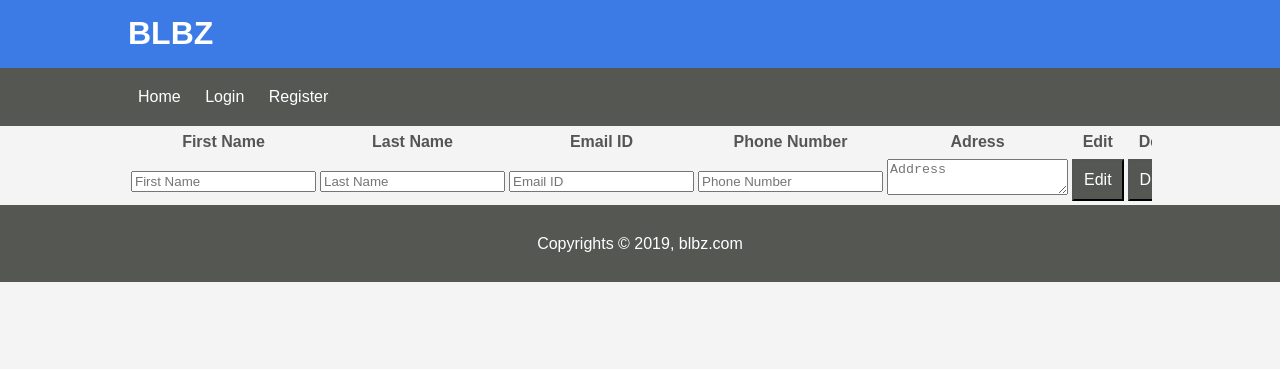
Repository: Kutty39/WebApps
Page: http://localhost/WebPageApp1/editpage.jsp
The author's editor kept a copy of each file at every save. The page is drawn from the files as they stood at one save, then again after the next save.
The browser window is 1280 px wide. The pictures show the whole page.
The page is served by Tomcat 9. Other server files are loaded and not shown.

Above is the page before, as saved 2019-12-09 13:33:50.

### LoginRegistrationPage/WebPageApp1/src/main/webapp/editpage.jsp
<%@ page language="java" contentType="text/html; charset=UTF-8"
pageEncoding="UTF-8"%>
<!DOCTYPE html>
<html>
<head>
<title>My Page</title>
<link href="CSS/mycss.css" rel="stylesheet" type="text/css">
<script
	src="https://ajax.googleapis.com/ajax/libs/jquery/3.4.1/jquery.min.js"></script>
<script src="JS/myjs.js"></script>
</head>
<body>
	<header class="head">
		<div class="container">
			<h1>BLBZ</h1>
		</div>
	</header>
	<nav class="nav-bar">
		<div class="container">
			<ul>
				<li><a class="button home">Home</a></li>
				<li><a class="button login">Login</a></li>
				<li><a class="button register">Register</a></li>
				<li><a class="button data" hidden>Date Tab</a></li>
				<li><a class="button userprof" hidden>User Profile</a></li>
				<li><a class="button logout" hidden>Log Out</a></li>
			</ul>
		</div>
	</nav>
	<section class="main">
		<div id="ajx" class="container">
			<table class="credtbl">
				<tr>
					<th>First Name</th>
					<th>Last Name</th>
					<th>Email ID</th>
					<th>Phone Number</th>
					<th>Adress</th>
					<th>Edit</th>
					<th>Delete</th>
				</tr>
				<tr>
					<td><input class="tr-1 td-1" type="text" name="fname"
						placeholder="First Name" required="required"></td>
					<td><input class="tr-1 td-2" type="text" name="lname"
						required="required" placeholder="Last Name"></td>
					<td>
						<p class="hd-lbl eid" hidden>*Mandatory field</p> <input
						class="tr-1 td-3" type="text" id="eid" name="eid"
						required="required" placeholder="Email ID">
					</td>
					<td>
						<p class="hd-lbl phn" hidden>*Mandatory field</p> <input
						class="tr-1 td-4" type="text" name="phn" required="required"
						placeholder="Phone Number">
					</td>
					<td><textarea class="tr-1 td-5" name="adrs"
							required="required" placeholder="Address"></textarea></td>
					<td><input class="tr-1 td-6 button" type="submit" value="Edit"></td>
					<td><input class="button tr-1 td-7" type="submit"
						value="Delete"></td>
				</tr>
			</table>
		</div>
	</section>
	<footer>
		<div class="container">Copyrights &copy; 2019, blbz.com</div>
	</footer>
</body>
</html>

### LoginRegistrationPage/WebPageApp1/src/main/webapp/CSS/mycss.css
@charset "UTF-8";
*{
	box-sizing: border-box;}
body {
	background-color: #f4f4f4;
	color: #555;
	font-family: Arial, Helvetica, sans-serif;
	font-size: 16px;
	line-height: 1.6em;
	margin: 0;
	background-color: #f4f4f4;
}

p.hd-lbl {
	padding: 0;
	margin: 0;
	width: 100%;
	font-family: monospace;
	line-height: 1rem;
}

.hd-lbl {
	color: red;
	font-size: 0.7rem;
}

.container {
	width: 80%;
	margin: auto;
	overflow: hidden;
}

.form-header {
	text-align: center;
	width: 100%;
	margin: auto;
	margin-bottom: 1em;
	padding: 1px;
	background-color: #f57900;
}

.form-container, .out-container {
	width: 50%;
	background-color: white;
	margin: auto;
	overflow: hidden;
	border: 1rem #ccc solid;
	padding: 2em;
}

.button {
	background-color: #555753;
	padding: 10px;
	color: white;
	font-size: 1em;
}

.my-form input[type="text"], .my-form textarea, .my-form input[type="password"]
	{
	width: 100%;
	padding: 0.5rem;
	margin-bottom: 0.5rem;
	font-size: 1em;
	box-sizing: border-box
}

.head {
	background: #3c7be5;
}

.head h1 {
	color: white;
}

.nav-bar {
	background-color: #555753;
}

.nav-bar ul {
	padding-left: 0;
	list-style: none;
	text-decoration: none;
	list-style: none;
}

.nav-bar li {
	display: inline;
}

.nav-bar a {
	text-decoration: none;
}

.nav-bar a:hover {
	background: white;
	color: black;
}

footer {
	background-color: #555753;
	color: white;
	text-align: center;
	padding: 2%;
}

@media ( max-width : 600px) {
	nav, article {
		width: 100%;
		height: auto;
	}
}
/* body{
	font: bold 100% Arial,Helvetica,sans-serif;
}
.btn {
	border-radius: 15px;
	padding: 5px;
	background: aqua;
}

.btn:hover {
	background-color: buttonface;
}

.box-1 {
	text-align:center;
	border-radius: 5px;
	background-color: #f2f2f2;
	padding: 5%;
	margin: auto;
	width: 80%
}
.box-1 h2{
	text-transform: capitalize;
	letter-spacing: 0.1em;
} */

### LoginRegistrationPage/WebPageApp1/src/main/webapp/JS/myjs.js
$(document).ready(function() {
	// this will bind the method for currently available elements
	$("a.button").click(loadpage);
	// this on method will bind the methods to future elements
	$("#ajx").on("blur","input[type!='submit']",($(this), mandChecker));
	$("#ajx").on("keyup","input[type!='submit']",($(this), mandChecker));
	$("#ajx").on("blur","#eid",check);
	$("#ajx").on("blur","#usr",check);
	$("#ajx").on("submit","#regForm",function(e){
		var s=true;
			$("p.hd-lbl").each(function() {
				if (this.style.display === "block") {
					s=false;
				}
			});
			if(s){
			$.ajax({
				type : "POST",
				url : "regestration",
				data :$("#regForm").serialize(),
				success : function(msg) {
					$("#ajx").html(msg);
				},
				dataType : "html"
			});
			}
			e.preventDefault();
	});


	$("#ajx").on("submit","#lgnForm",function(e){
		var s=true;
		$("#errormsg").hide();
		$("#successmsg").hide();
			$("p.hd-lbl").each(function() {
				if (this.style.display === "block") {
					s=false;
				}
			});
			if(s){
				$.post("login",$("#lgnForm").serialize(),function(msg) {
					if(msg.search("Login")<0){
						lognaction();}
						$("#ajx").html(msg);
					});
				}
		e.preventDefault();
	});


	$("#ajx").on("submit","#profForm",function(e){
		let s = true;
		$("p.hd-lbl").each(function() {
			if (this.style.display === "block") {
				s=false;
				return;
			}
		});
		if(s){
			$.post("update",$("#profForm").serialize(),function(msg) {
				alert(msg);
			});
		}
		 e.preventDefault();
	});

});

function lognaction(){
	$("a.button").each(function(){
		if($(this).attr('class').indexOf("home")<=0){
		$(this).toggle();}
	});
}
function logconfirm(){
	$("a.button.login").hide()
	$("a.button.register").hide();
	$("a.button.userprof").show();
	$("a.button.logout").show();
}


function loadpage() {
	var cls = $(this).attr("class").replace("button ","");
	console.log(cls.replace("button ",""));
	$.ajax({
		type : "post",
		url : "switchpage",
		data : {"page" : cls},
		success : function(msg) {
			if(cls=="logout"){
				lognaction();
			}
			$("#ajx").html(msg);
		},
		dataType : "html"
	});
}

function check(){
	var obj=$(this);
	if(obj!=null){
	$.ajax({
		type : "post",
		url : "validate",
		data : {"email":obj.val()},
		success : function(msg) {
			if(msg==="true"){
				if(obj.attr("name")==="eid"){
				$(".hd-lbl.eid").text("*Email alread exists.");
				$(".hd-lbl.eid").show();
				}if(obj.attr("name")==="username"){
					$(".hd-lbl.username").hide();
				}
			}else{
				if(obj.attr("name")==="username"){
					$(".hd-lbl.username").text("*Email is not exists. please register and come back");
					$(".hd-lbl.username").show();
				}else if(obj.attr("name")==="eid"){
					$(".hd-lbl.eid").hide();
				}
			}
		}
	});
	}
}

function mandChecker(element) {
	var val = element.target.value;
	var name = element.target.name;
	var obj = $(".hd-lbl." + name);
	if (val === "") {
		obj.show();
	} else {
		obj.show();
		var regx = "";
		if (name === "phn") {
			regx = /^\d{10}$/;
			if (regx.test(val)) {
				obj.hide();
			} else {
				obj.text("* Phone number should be 10 digit");
			}
		} else if (name === "eid") {
			regx = /^[a-zA-z\d._-]+\@[a-zA-Z\d.-]+\.[a-zA-Z]{2,4}$/;
			if (regx.test(val)) {
				obj.hide();
			} else {
				obj.text("* Please enter valid email.");
			}
		} else if (name === "pas") {
			regx = /^((?=.*[a-z])(?=.*[A-Z])(?!.*\s)(?=.*[@$!%*?&])).{8,15}$/;
			if (regx.test(val)) {
				obj.hide();
			} else {
				obj.show();
			}
		} else if (name === "conpas") {
			var ps = $("input[name='pas']").val();
			if (val === ps) {
				obj.hide();
			} else {
				obj.show();
			}
		} else {
			obj.hide();
		}
	}
}

After the next save:
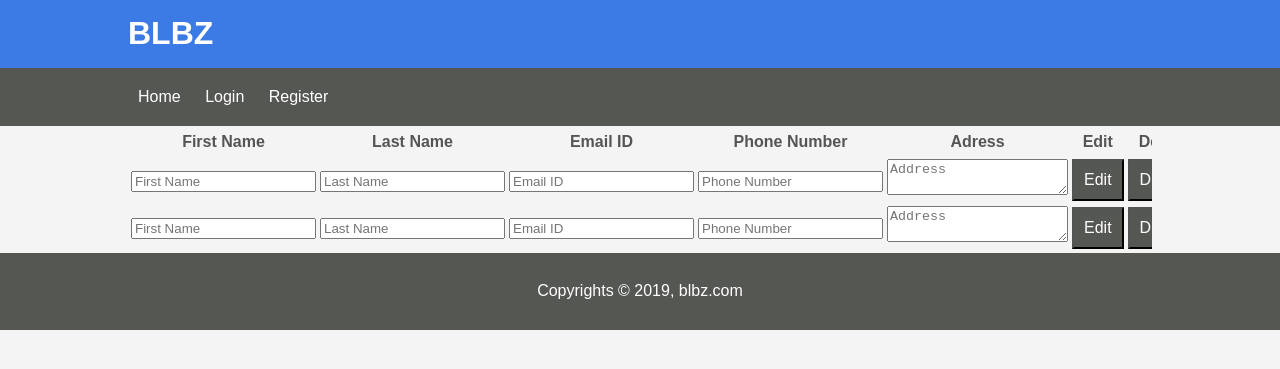
Saved 13 min 32 s later.
--- a/LoginRegistrationPage/WebPageApp1/src/main/webapp/editpage.jsp
+++ b/LoginRegistrationPage/WebPageApp1/src/main/webapp/editpage.jsp
@@ -60,6 +60,27 @@ pageEncoding="UTF-8"%>
 					<td><input class="button tr-1 td-7" type="submit"
 						value="Delete"></td>
 				</tr>
+				<tr>
+					<td><input class="tr-1 td-1" type="text" name="fname"
+						placeholder="First Name" required="required"></td>
+					<td><input class="tr-1 td-2" type="text" name="lname"
+						required="required" placeholder="Last Name"></td>
+					<td>
+						<p class="hd-lbl eid" hidden>*Mandatory field</p> <input
+						class="tr-1 td-3" type="text" id="eid" name="eid"
+						required="required" placeholder="Email ID">
+					</td>
+					<td>
+						<p class="hd-lbl phn" hidden>*Mandatory field</p> <input
+						class="tr-1 td-4" type="text" name="phn" required="required"
+						placeholder="Phone Number">
+					</td>
+					<td><textarea class="tr-1 td-5" name="adrs"
+							required="required" placeholder="Address"></textarea></td>
+					<td><input class="tr-1 td-6 button" type="submit" value="Edit"></td>
+					<td><input class="button tr-1 td-7" type="submit"
+						value="Delete"></td>
+				</tr>
 			</table>
 		</div>
 	</section>
